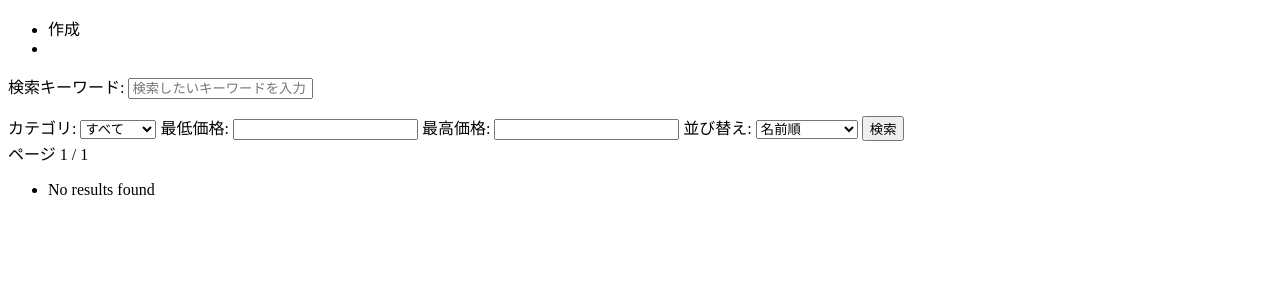
Repository: mamesuke7274/2024_kouki_kuwayamasyoutarou
Page: http://localhost/
The author's editor kept a copy of each file at every save. The page is drawn from the files as they stood at one save, then again after the next save.
The browser window is 1280 px wide. The pictures show the whole page.
The page is served by the project's application, run on Django 4.2 (manage.py). Other server files are loaded and not shown. Queries for data that is not in the repository find no rows.

Above is the page before, as saved 2024-10-19 09:45:01.

### search_app/views.py
from django.shortcuts import render, get_object_or_404, redirect
from .models import Product, Category
from .forms import ProductForm, SearchForm
from django.core.paginator import Paginator

def product_create(request):
    if request.method == 'POST':
        form = ProductForm(request.POST)
        if form.is_valid():
            form.save()
            return redirect('product_list')
    else:
        form = ProductForm()
    return render(request, 'product_form.html', {'form': form})

def product_detail(request, pk):
    product = get_object_or_404(Product, pk=pk)

    return render(request, 'product_detail.html', {'product': product})

def product_update(request, pk):
    product = get_object_or_404(Product, pk=pk)
    if request.method == 'POST':
        form = ProductForm(request.POST, instance=product)
        if form.is_valid():
            form.save()
            return redirect('product_detail', pk=product.pk)
    else:
        form = ProductForm(instance=product)
    # product オブジェクトをテンプレートに渡す
    return  render(request,  'product_form.html',  {'form':  form,  'product': product})

def product_delete(request, pk):
    product = get_object_or_404(Product, pk=pk)
    if request.method == 'POST':
        product.delete()
        return redirect('product_list')
    return render(request, 'product_confirm_delete.html', {'product': product})

def product_list(request):
    products = Product.objects.all()
    print(products)
    return render(request, 'product_list.html', {'products': products})

def search_view(request):
    form = SearchForm(request.GET or None)
    results = Product.objects.all()  # クエリセットの初期化
    if form.is_valid():
        query = form.cleaned_data['query']
        if query:
            results = results.filter(name__icontains=query)
    # カテゴリフィルタリング
    category_name = request.GET.get('category')
    if category_name:
        try:
            # カテゴリ名に基づいてカテゴリIDを取得
            category = Category.objects.get(name=category_name)
            results = results.filter(category_id=category.id)
        except Category.DoesNotExist:
            results = results.none() # 存在しないカテゴリの場合、結果を空にする
            category = None

    # 価格のフィルタリング（最低価格・最高価格）
    min_price = request.GET.get('min_price')
    max_price = request.GET.get('max_price')
    if min_price:
        results = results.filter(price__gte=min_price)
    if max_price:
        results = results.filter(price__lte=max_price)

    # 並び替え処理
    sort_by = request.GET.get('sort', 'name')
    if sort_by == 'price_asc':
        results = results.order_by('price')
    elif sort_by == 'price_desc':
        results = results.order_by('-price')

    # クエリセットをリストに変換せず、直接Paginatorに渡す
    paginator = Paginator(results, 10)
    page_number = request.GET.get('page')
    page_obj = paginator.get_page(page_number)

    return render(request, 'search.html', {'form': form, 'page_obj': page_obj, 'results': results})

### search_app/templatetags/custom_filters.py
from django import template

register = template.Library()

@register.filter
def to(value):
    try:
        return range(1, value + 1)
    except TypeError:
        return []

### search_app/templates/search.html
<!DOCTYPE html>
<html lang="en">

<head>
    <meta charset="UTF-8">
    <meta name="viewport" content="width=device-width, initial-scale=1.0">
    <title>search_app</title>
</head>

<body>
    <header>
        <nav>
            <ul>
                <li>作成</li>
                <li>

                </li>
            </ul>
        </nav>
    </header>
    <form method="get">
        {{ form.as_p }}
        <label for="category">カテゴリ:</label>
        <select name="category">
            <option value="">すべて</option>
            <option value="プログラミング">本</option>
            <option value="電子機器">電子機器</option>
        </select>
        <label for="min_price">最低価格:</label>
        <input type="number" name="min_price" min="0">
        <label for="max_price">最高価格:</label>
        <input type="number" name="max_price" min="0">
        <!-- 並び替えの選択 -->
        <label for="sort">並び替え:</label>
        <select name="sort">
            <option value="name">名前順</option>
            <option value="price_asc">価格が安い順</option>
            <option value="price_desc">価格が高い順</option>
        </select>
        <button type="submit">検索</button>
    </form>
    <div class="pagination">
        <span class="step-links">
            {% if page_obj.has_previous %}
            <a href="?page=1">最初</a>
            <a href="?page={{ page_obj.previous_page_number }}">前へ</a>
            {% endif %}

            <span>ページ {{ page_obj.number }} /
                {{ page_obj.paginator.num_pages }}</span>

            {% if page_obj.has_next %}
            <a href="?page={{ page_obj.next_page_number }}">次へ</a>
            <a href="?page={{ page_obj.paginator.num_pages }}">最後</a>
            {% endif %}
        </span>
    </div>
    <ul>
        {% for product in page_obj %}
        <li>{{ product.name }} - {{ product.price }}</li>
        {% empty %}
        <li>No results found</li>
        {% endfor %}
    </ul>



</body>

</html>

### search_app/forms.py
from django import forms
from .models import Product

class SearchForm(forms.Form):
    query = forms.CharField(
        label='検索キーワード',
        max_length=100,
        required=False,
        widget=forms.TextInput(attrs={'placeholder': '検索したいキーワードを入力'})
    )

class ProductForm(forms.ModelForm):
    class Meta:
        model = Product
        fields = ['name', 'description', 'price', 'category']

### search_project/urls.py
from django.contrib import admin
from django.urls import path,include

urlpatterns = [
    path('admin/', admin.site.urls),
    path('', include('search_app.urls')),
]

### search_app/urls.py
from django.urls import path
from . import views
urlpatterns = [
    path('', views.search_view, name='search'),
    path('search/', views.search_view, name='search_view'),
    path('product/new/', views.product_create, name='product_create'),
    path('product/<int:pk>/', views.product_detail, name='product_detail'),
    path('product/<int:pk>/edit/',  views.product_update, name='product_update'),
    path('product/<int:pk>/delete',  views.product_delete, name='product_delete'),
    path('product/', views.product_list, name='product_list'),
]

After the next save:
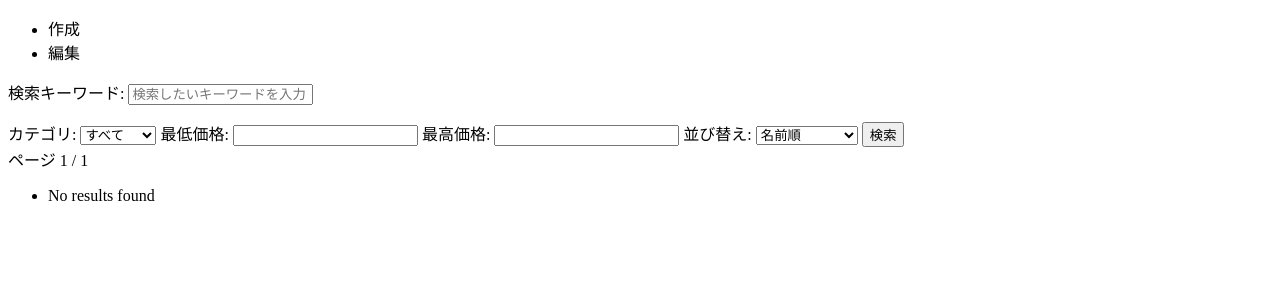
Saved 7 s later.
--- a/search_app/templates/search.html
+++ b/search_app/templates/search.html
@@ -13,7 +13,7 @@
             <ul>
                 <li>作成</li>
                 <li>
-
+                    編集
                 </li>
             </ul>
         </nav>
